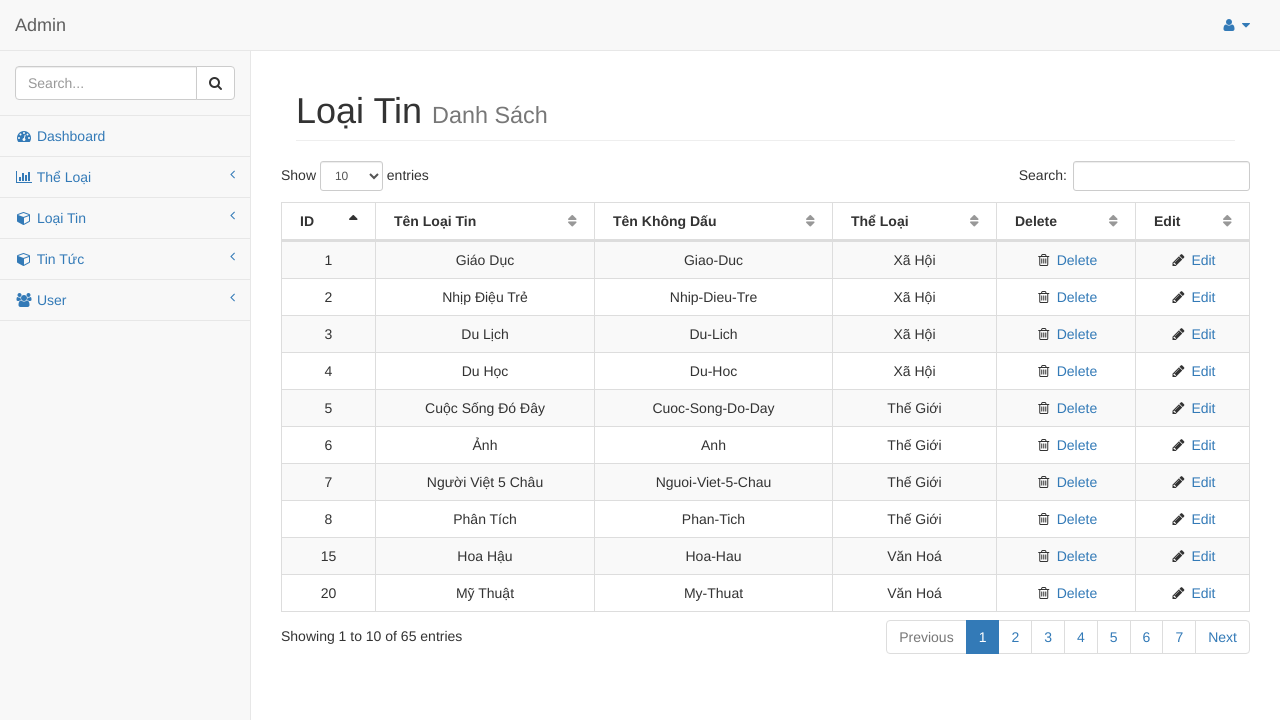
Repository: xuanthanh1998/LaravelWeb
Page: http://localhost/admin/loaitin/danhsach
An editor plug-in stored every save of this project. The page is shown before and after the next save, followed by the edit.
The browser window is 1280 px wide. The pictures show the whole page.
The page is served by the project's Laravel application, run on PHP 8.4 with Laravel 9. The first stored user is signed in. The database holds what the project's SQL file puts in it.

Above is the page before, as saved 2022-06-10 16:58:54.

After the next save:
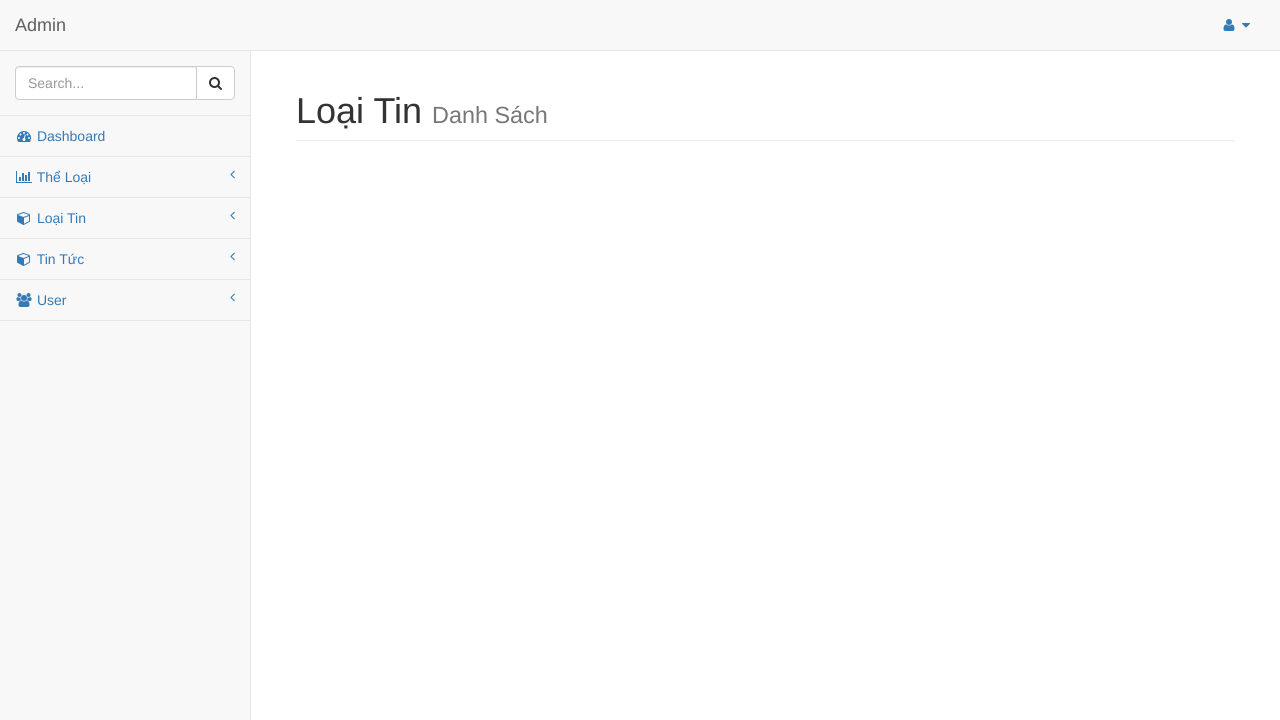
Saved 21 min 50 s later.
--- a/resources/views/admin/loaitin/danhsach.blade.php
+++ b/resources/views/admin/loaitin/danhsach.blade.php
@@ -9,31 +9,7 @@
                         </h1>
                     </div>
                     <!-- /.col-lg-12 -->
-                    <table class="table table-striped table-bordered table-hover" id="dataTables-example">
-                        <thead>
-                            <tr align="center">
-                                <th>ID</th>
-                                <th>Tên Loại Tin</th>
-                                <th>Tên Không Dấu</th>
-                                <th>Thể Loại</th>
-                                <th>Delete</th>
-                                <th>Edit</th>
-                            </tr>
-                        </thead>
-                        <tbody>
-                            @foreach($loaitin as $lt)
-                            <tr class="odd gradeX" align="center">
-                                <td>{{$lt->id}}</td>
-                                <td>{{$lt->Ten}}</td>
-                                <td>{{$lt->TenKhongDau}}</td>
-                                <td>{{$lt->theloai->Ten}}</td>
-                                <td class="center"><i class="fa fa-trash-o  fa-fw"></i><a href="admin/loaitin/xoa/{{$lt->id}}"> Delete</a></td>
-                                <td class="center"><i class="fa fa-pencil fa-fw"></i> <a href="admin/loaitin/sua/{{$lt->TenKhongDau}}">Edit</a></td>
-                            </tr>
 
-                            @endforeach
-                        </tbody>
-                    </table>
                 </div>
                 <!-- /.row -->
             </div>

After the 2 saves that followed:
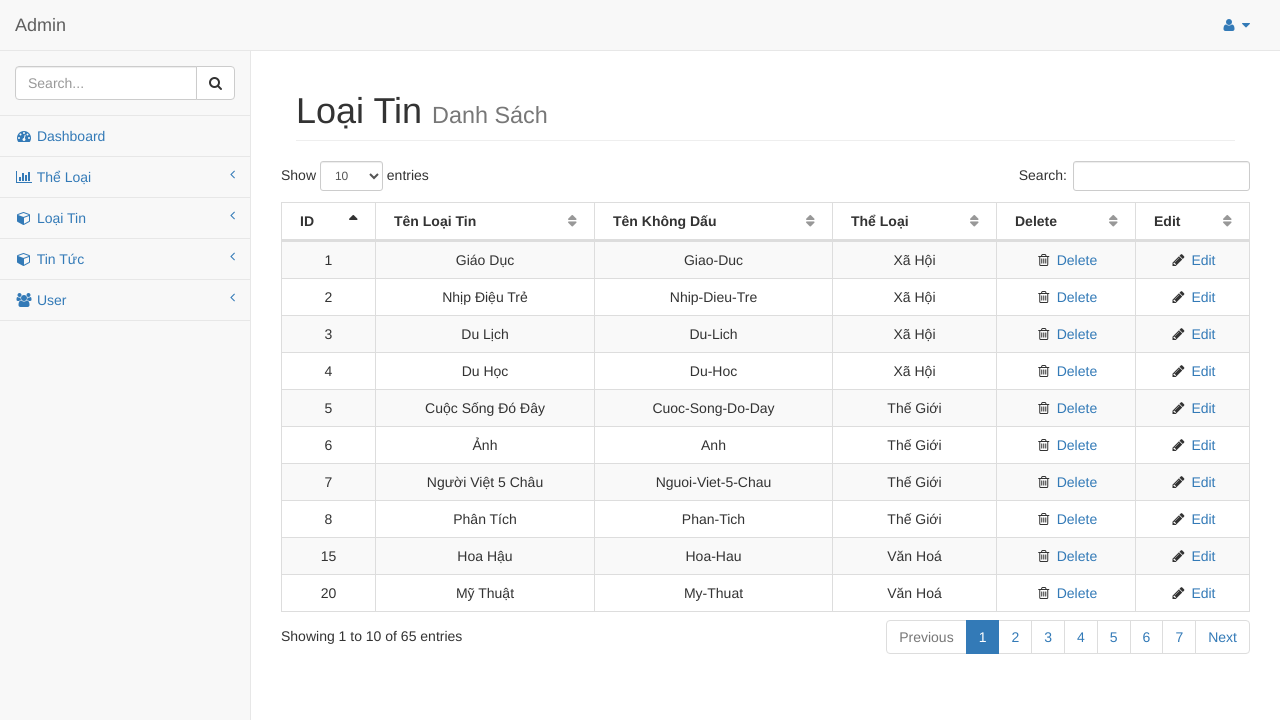
The 2 saves are shown as one change because 1 left the picture as it was.
The last was saved 25 s later.
--- a/resources/views/admin/loaitin/danhsach.blade.php
+++ b/resources/views/admin/loaitin/danhsach.blade.php
@@ -9,7 +9,31 @@
                         </h1>
                     </div>
                     <!-- /.col-lg-12 -->
+                    <table class="table table-striped table-bordered table-hover" id="dataTables-example">
+                        <thead>
+                            <tr align="center">
+                                <th>ID</th>
+                                <th>Tên Loại Tin</th>
+                                <th>Tên Không Dấu</th>
+                                <th>Thể Loại</th>
+                                <th>Delete</th>
+                                <th>Edit</th>
+                            </tr>
+                        </thead>
+                        <tbody>
+                            @foreach($loaitin as $lt)
+                            <tr class="odd gradeX" align="center">
+                                <td>{{$lt->id}}</td>
+                                <td>{{$lt->Ten}}</td>
+                                <td>{{$lt->TenKhongDau}}</td>
+                                <td>{{$lt->theloai->Ten}}</td>
+                                <td class="center"><i class="fa fa-trash-o  fa-fw"></i><a href="admin/loaitin/xoa/{{$lt->id}}"> Delete</a></td>
+                                <td class="center"><i class="fa fa-pencil fa-fw"></i> <a href="admin/loaitin/sua/{{$lt->TenKhongDau}}">Edit</a></td>
+                            </tr>
 
+                            @endforeach
+                        </tbody>
+                    </table>
                 </div>
                 <!-- /.row -->
             </div>
